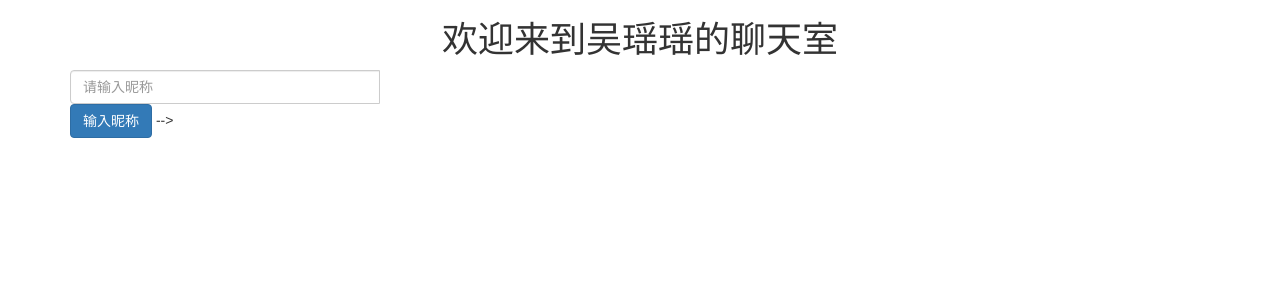
Repository: wyy511/node-socket.io
Page: client.html
These files come from the project's save history. The page is drawn as it stood at one moment and after the next save; the edit follows.
The browser window is 1280 px wide. The pictures show the whole page.

Above is the page before, as saved 2019-11-20 23:40:41.
Console error (its wording comes from the project's code and is left out).

### client.html
<!DOCTYPE html>
<html lang="en">
<head>
  <meta charset="UTF-8">
  <meta name="viewport" content="width=device-width, initial-scale=1.0">
  <meta http-equiv="X-UA-Compatible" content="ie=edge">
  <title>吴瑶瑶的聊天室</title>
  <style>
    *{
      margin: 0;
      padding: 0;
    }
    .title {
      text-align: center;
    }
    #msgBox {
      display: none;
    }
  </style>
  <!-- 最新版本的 Bootstrap 核心 CSS 文件 -->
<link rel="stylesheet" href="https://cdn.jsdelivr.net/npm/bootstrap@3.3.7/dist/css/bootstrap.min.css" integrity="sha384-BVYiiSIFeK1dGmJRAkycuHAHRg32OmUcww7on3RYdg4Va+PmSTsz/K68vbdEjh4u" crossorigin="anonymous">
<!-- 最新的 Bootstrap 核心 JavaScript 文件 -->
<script src="https://cdn.jsdelivr.net/npm/bootstrap@3.3.7/dist/js/bootstrap.min.js" integrity="sha384-Tc5IQib027qvyjSMfHjOMaLkfuWVxZxUPnCJA7l2mCWNIpG9mGCD8wGNIcPD7Txa" crossorigin="anonymous"></script>
</head>
<body>
  <div class="container">
    <header>
      <h1 class="title">欢迎来到吴瑶瑶的聊天室</h1>
    </header>
    <div>
      <div id="nameBox">
        <div class="input-group">
            <input id="name" class="form-control" type="text" placeholder="请输入昵称">
            <button id="nameBtn" type="button" class="btn btn-primary">输入昵称</button> -->
        </div>
        <!--

      </div>
      <div id="msgBox">
        <input id="msg" onkeydown="enterChart(event)" />
        <button id="msgBtn" onclick="sendChart()">发送内容</button>
      </div>
    </div>
    <footer></footer>
  </div>
  <script type="text/javascript" src="https://cdn.bootcss.com/socket.io/2.3.0/socket.io.js"></script>
  <script type="text/javascript">
    var socket = io.connect('ws://172.19.162.86:3000');
    var name = '';
    var userId = '';
    const msgBtn = document.getElementById('msgBtn');
    const msgEl = document.getElementById('msg');
    const nameBtn = document.getElementById('nameBtn');
    const nameEl = document.getElementById('name');
    const msgBox = document.getElementById('msgBox');
    const nameBox = document.getElementById('nameBox');
    nameBtn.onclick = () => {
      const val = nameEl.value;
      if (!val) return;
      name = val;
      socket.emit('changeName', name);
      nameEl.value = '';
      nameBox.style.display = 'none';
      msgBox.style.display = 'block';
    }
    // 如果客户端监听到socket消息，那么执行这个方法里的回调，且得到广播的消息
    socket.on("changeName", data => {
      console.log(data)
      var p = document.createElement("p");
      userId = data.userId;
      p.innerText = data.msg;
      document.body.appendChild(p);
    })
    function enterChart (e) {
      if (e.keyCode === 13) {
        sendChart();
      }
    }
    function sendChart () {
      const val = msgEl.value;
      if (!val) return;
      msgEl.value = '';
      socket.emit('chat', {
        userId,
        name,
        msg: val
      });
    }
    // 如果客户端监听到socket消息，那么执行这个方法里的回调，且得到广播的消息
    socket.on("chat", (data) => {
      var p = document.createElement("p");
      p.innerText = data.msg;
      document.body.appendChild(p);
    })
  </script>
</body>
</html>

After the next save:
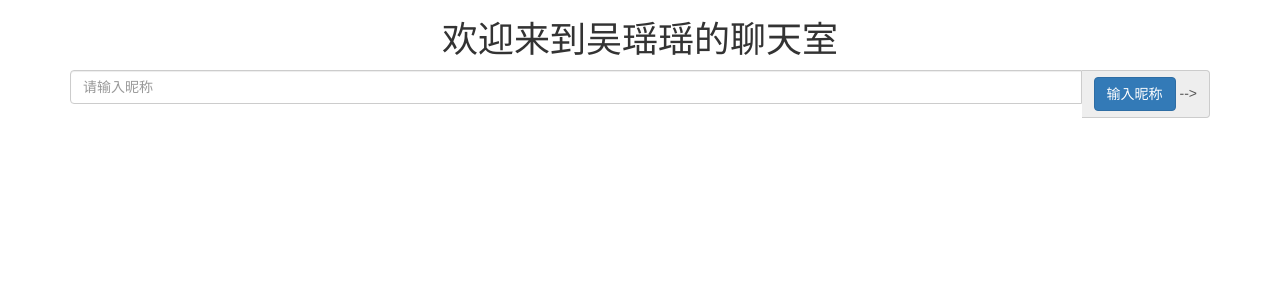
Saved 11 s later.
--- a/client.html
+++ b/client.html
@@ -31,7 +31,7 @@
       <div id="nameBox">
         <div class="input-group">
             <input id="name" class="form-control" type="text" placeholder="请输入昵称">
-            <button id="nameBtn" type="button" class="btn btn-primary">输入昵称</button> -->
+          <span class="input-group-addon"><button id="nameBtn" type="button" class="btn btn-primary">输入昵称</button> --></span>
         </div>
         <!--
 
